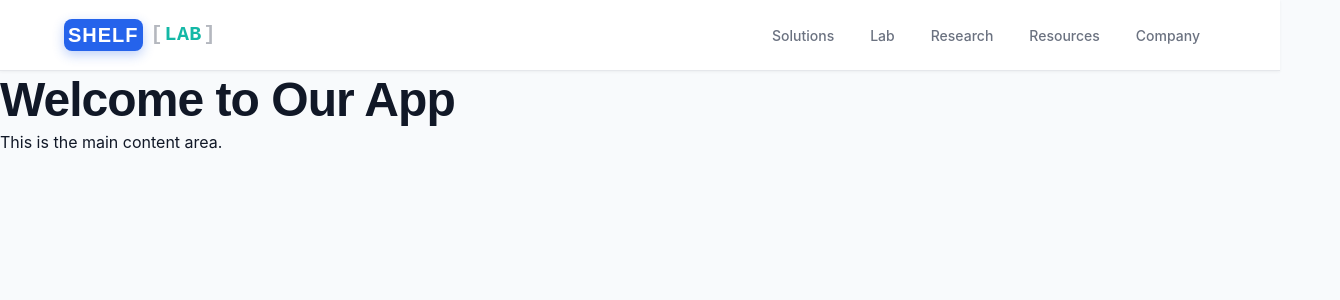
Repository: VladimirGagarin/shelf
Page: /
An editor plug-in stored every save of this project. The page is shown before and after a run of saves, followed by the edit.
The browser window is 1280 px wide. The page is 1340 px wide, so the pictures cover 1340 px, including what lies to the right of the window. The pictures show the whole page.
The project was rebuilt for these pictures with package versions that can differ from the ones it lists, and the page was loaded fresh each time. Also part of the build but not shown: vite.config.js, src/App.css, src/About/about.jsx.

Above is the page before, as saved 2026-07-13 18:28:59.

After the next 3 saves:
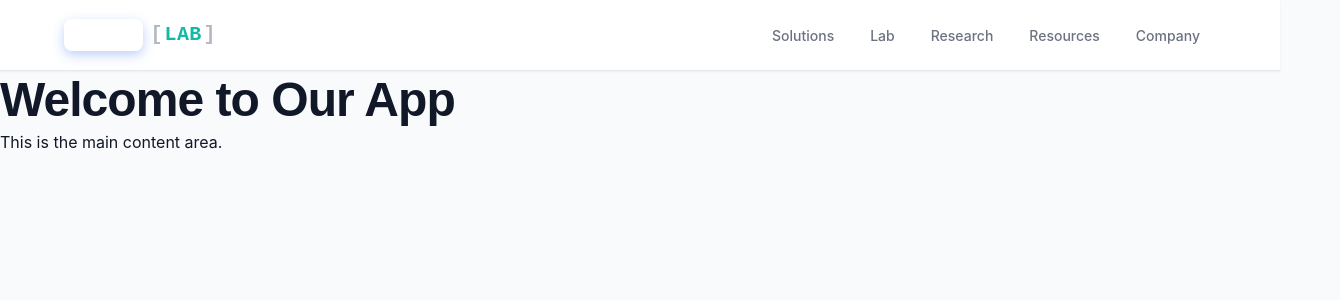
The 3 saves are shown as one change because they came seconds apart.
The last was saved 21 s later.
--- a/src/About/about.css
+++ b/src/About/about.css
@@ -945,7 +945,7 @@
 /* SHELF in a box */
 .shelf-box {
   display: inline-block;
-  background: var(--color-primary);
+  background:transparent;
   color: white;
   padding: 0.25rem;
   border-radius: 0.5rem;
